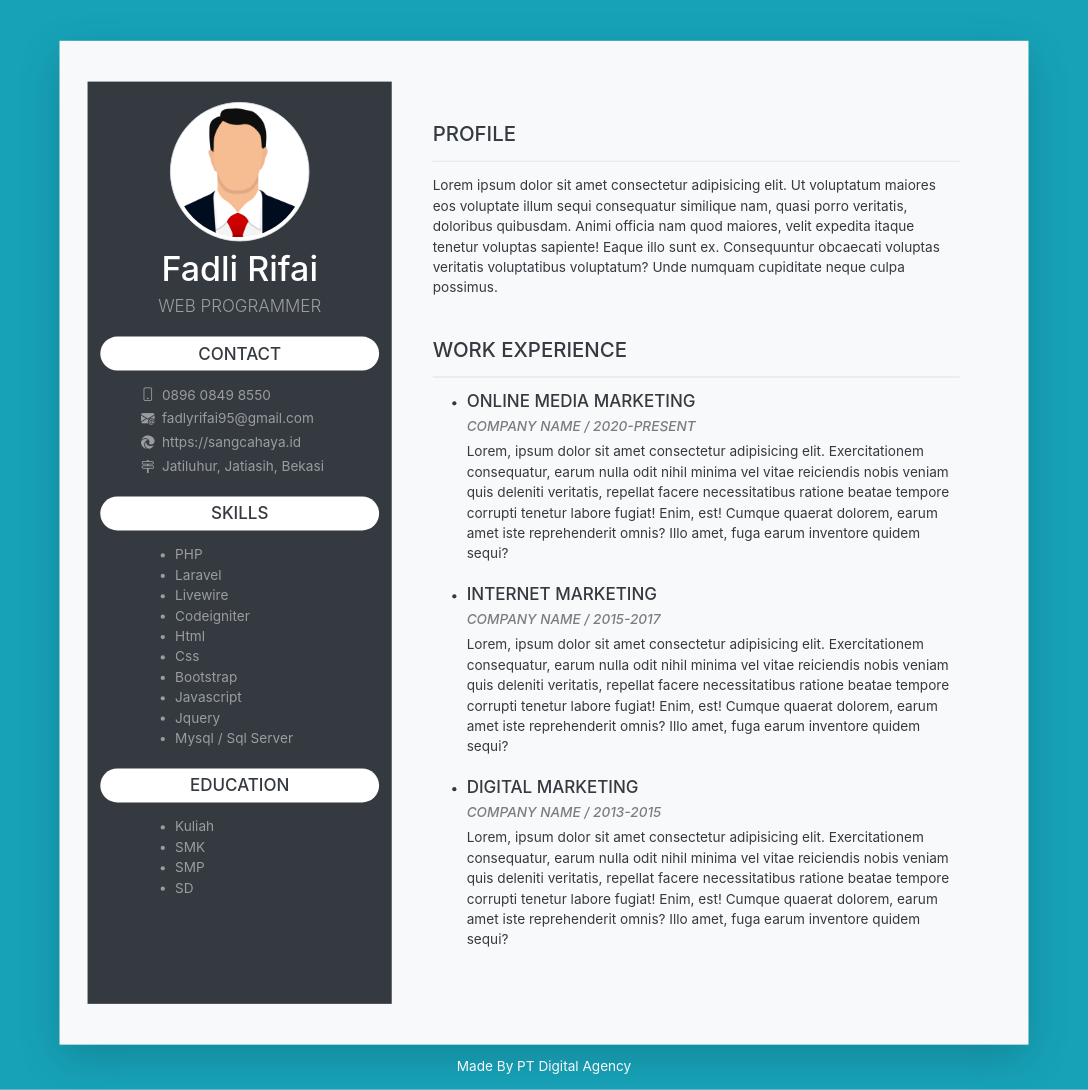
Repository: fadlyyy/fadlyyy.github.io
Page: index.html
An editor plug-in stored every save of this project. The page is shown before and after the next save, followed by the edit.
The browser window is 1280 px wide. The pictures show the whole page, at 85% of full size.

Above is the page before, as saved 2024-01-29 19:29:05.

After the next save:
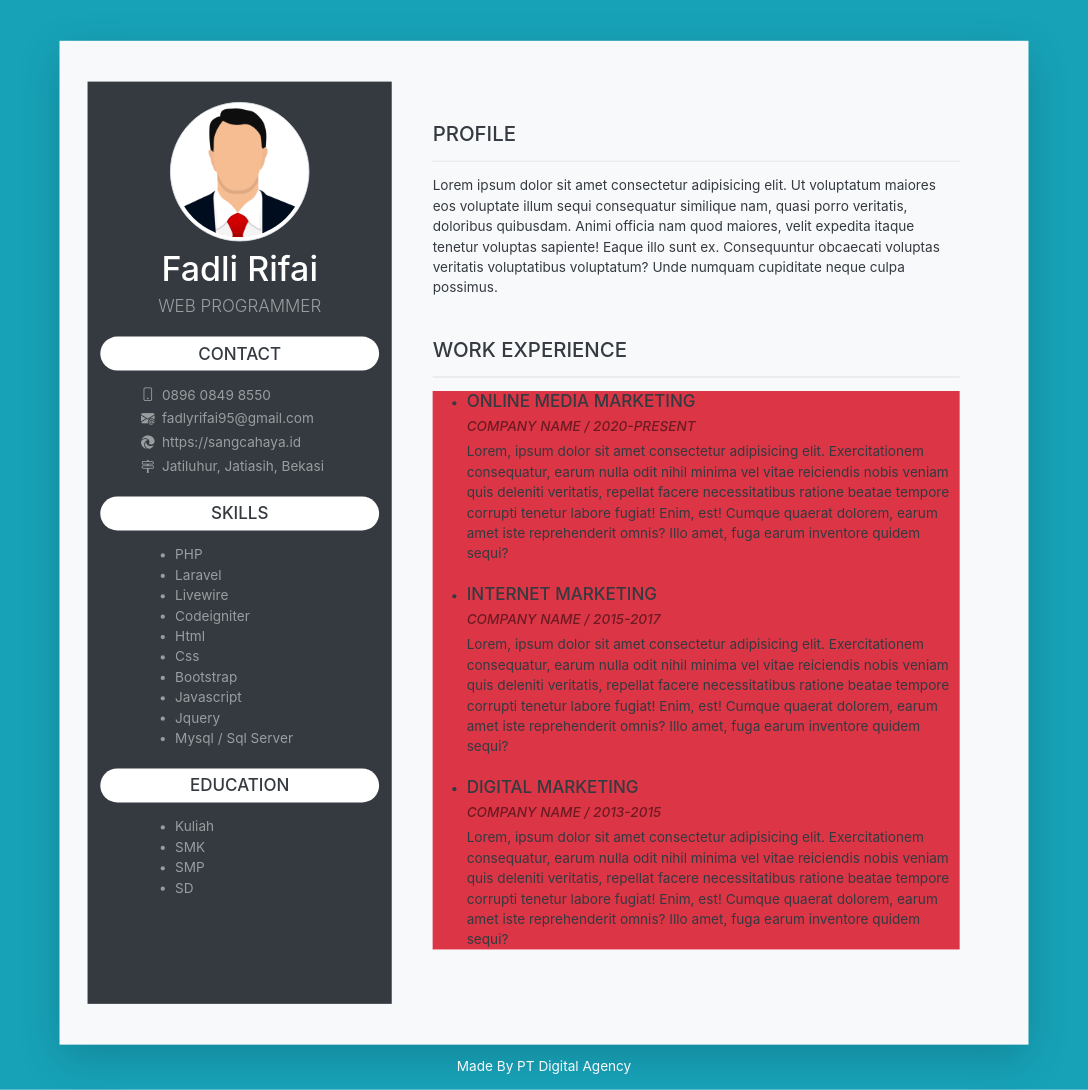
Saved 15 h 55 min later.
--- a/index.html
+++ b/index.html
@@ -102,7 +102,7 @@
                          <h4 class="text-uppercase">work experience</h4>
                          <hr>
 
-                         <ul class="list">
+                         <ul class="list bg-danger">
                               <li class="list-item">
                                    <h5 class="display-6 text-uppercase">online media marketing</h5>
                                    <h6 class="text-uppercase text-black-50 font-italic">company name / 2020-present</h6>
